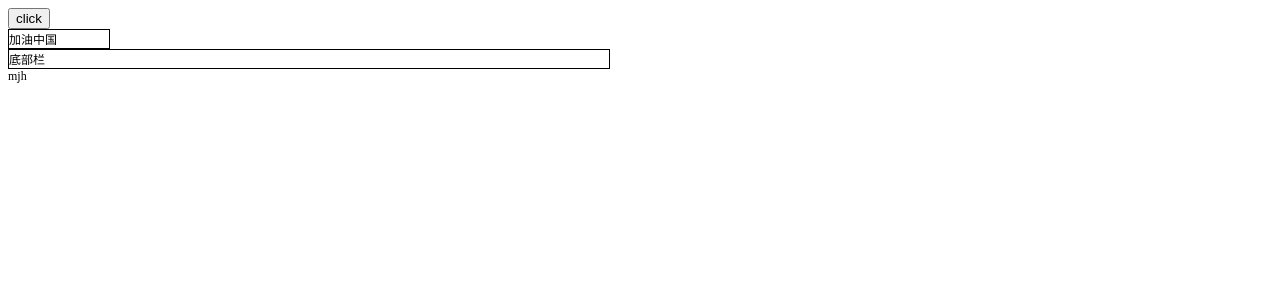
Repository: 572031690/newvue
Page: 学习demo/test.html
An editor plug-in stored every save of this project. The page is shown before and after the next save, followed by the edit.
The browser window is 1280 px wide. The pictures show the whole page.

Above is the page before, as saved 2021-08-10 14:55:54.

### 学习demo/test.html
<!DOCTYPE html>
<html>
	<head>
		<meta charset="utf-8">
		<title>常量</title>
        <script src="https://cdn.jsdelivr.net/npm/vue@2/dist/vue.js"></script>
	</head>
	<body>
        <div id="box">
           <button @click="handlecheck()">click</button>

            <!-- <ul> -->
                <!-- transition-group会实例化成tag里的标签 默认是span
                齐还需要里面的组件设置key值-->
                <transition name='ddd'>
                    <div class="ddd1" v-show='show'>123
                        <div>156</div>
                    </div>
                </transition>

            <!-- </ul> -->
            <div>
              <div style="border: 1px solid black;width: 100px;float: left;">加油中国</div>
              <div style="border: 1px solid black;width: 600px;clear: both;">底部栏</div>
              <div>mjh</div>
            </div>

        </div>

		<script type="text/javascript">
			var vm =new Vue({
                el:"#box",//vue渲染开始的地方
                data:{
                        list : [],
                        text:'',
                        show:false

                },//状态
                methods: {
                    handlecheck(){
                        this.show = !this.show
                    },
                    del(key){

                    }
                },
            })
		</script>
        <style>
            .ddd1{
                width: 6.25rem;
                height: 6.25rem;
                background: #000;
                overflow: hidden;
                color:red;
            }

            .ddd-enter-active, .ddd-leave-active{
                transition:  height 1.5s;
            }
            .ddd-enter,.ddd-leave-to{
                height: 0;
            }


        </style>
        <script src="./lib/rem自适应大小/flexible.js"></script>
	</body>
</html>

### 学习demo/lib/rem自适应大小/flexible.js
(function flexible(window, document) {
  var docEl = document.documentElement;
  var dpr = window.devicePixelRatio || 1;

  // adjust body font size
  function setBodyFontSize() {
    if (document.body) {
      document.body.style.fontSize = 12 * dpr + "px";
    } else {
      document.addEventListener("DOMContentLoaded", setBodyFontSize);
    }
  }
  setBodyFontSize();

  // set 1rem = viewWidth / 10
  function setRemUnit() {
    var rem = docEl.clientWidth / 24;  //所以一rem等于1920/24 = 80
    docEl.style.fontSize = rem + "px";
  }

  setRemUnit();

  // reset rem unit on page resize
  window.addEventListener("resize", setRemUnit);
  window.addEventListener("pageshow", function(e) {
    if (e.persisted) {
      setRemUnit();
    }
  });

  // detect 0.5px supports
  if (dpr >= 2) {
    var fakeBody = document.createElement("body");
    var testElement = document.createElement("div");
    testElement.style.border = ".5px solid transparent";
    fakeBody.appendChild(testElement);
    docEl.appendChild(fakeBody);
    if (testElement.offsetHeight === 1) {
      docEl.classList.add("hairlines");
    }
    docEl.removeChild(fakeBody);
  }
})(window, document);

After the next save:
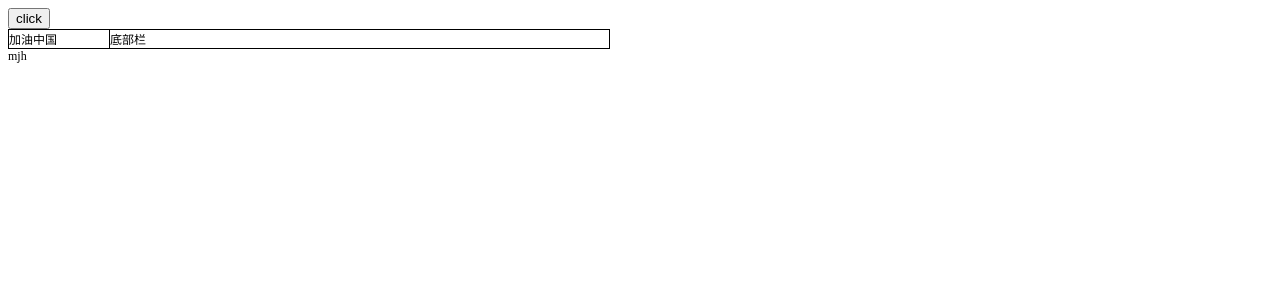
Saved 106 s later.
--- a/学习demo/test.html
+++ b/学习demo/test.html
@@ -19,9 +19,9 @@
                 </transition>
 
             <!-- </ul> -->
-            <div>
+            <div style="overflow:hidden;">
               <div style="border: 1px solid black;width: 100px;float: left;">加油中国</div>
-              <div style="border: 1px solid black;width: 600px;clear: both;">底部栏</div>
+              <div style="border: 1px solid black;width: 600px;">底部栏</div>
               <div>mjh</div>
             </div>
 
